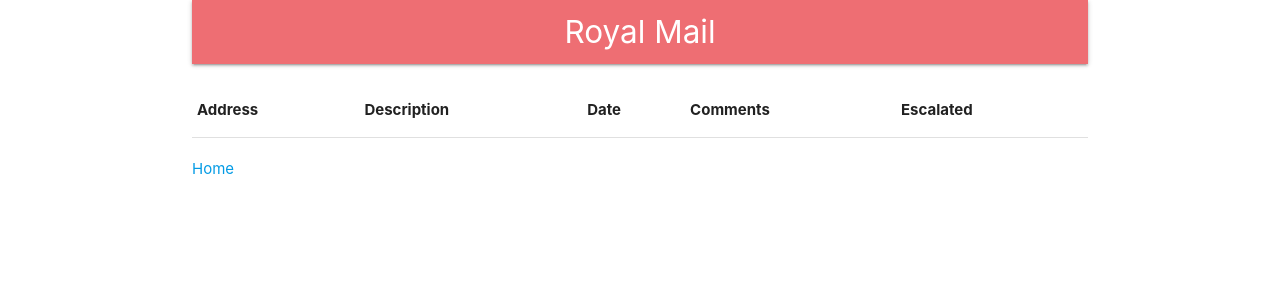
Repository: bandyp/Postal-Reminders
Page: http://localhost/see_route
The author's editor kept a record of every edit. The page is drawn from the files as they stood at one moment, then again after the next edit.
The browser window is 1280 px wide. The pictures show the whole page.
The page is served by the project's application, run on Flask 3 (app.py). Queries for data that is not in the repository find no rows.

Above is the page before.

After the next edit:
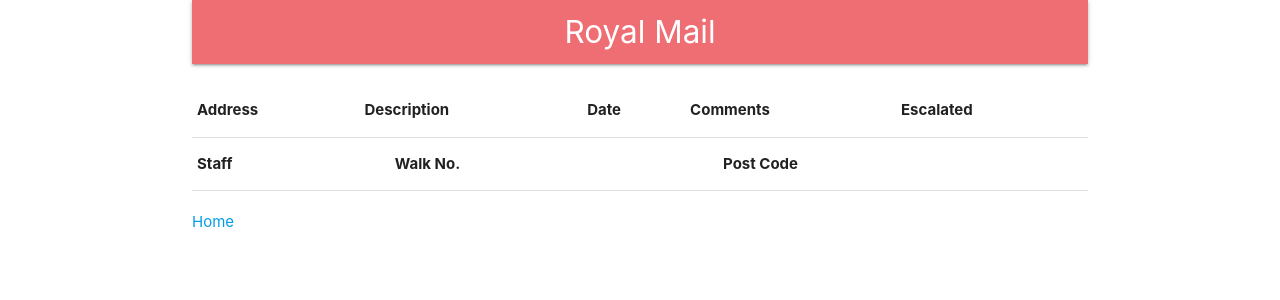
The edit:
--- a/templates/route.html
+++ b/templates/route.html
@@ -46,7 +46,9 @@
     <table>
       <thead>
         <tr>
-
+           <th>Staff</th>
+          <th>Walk No.</th>
+          <th>Post Code</th>
         </tr>
       </thead>
       <tbody>

After the 6 edits that followed:
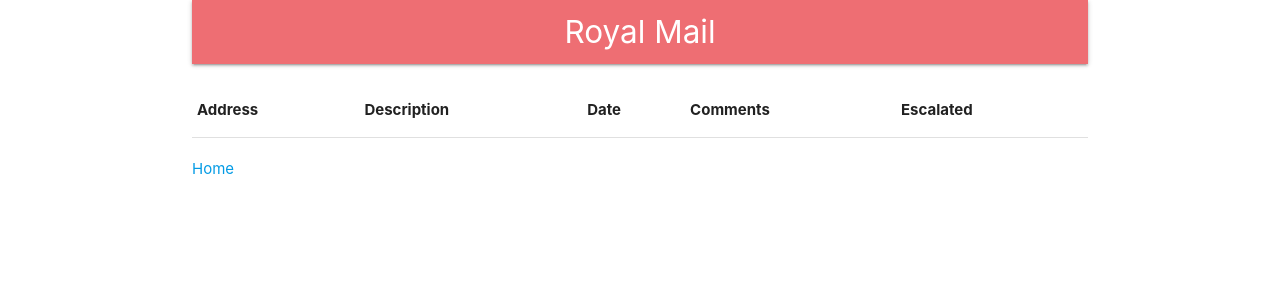
The 6 edits are shown as one change because 2 did not build or start and 3 left the picture as it was.
The edit:
--- a/templates/route.html
+++ b/templates/route.html
@@ -1,5 +1,5 @@
 {% extends 'base.html' %} {% block content %}
-
+{% for login in logins %}{{login.reported_by}}{% endfor %}
 
 
 <div class="row">
@@ -24,12 +24,11 @@
       </thead>
 
       <tbody>
-        {% for login in logins %}
+        {% for incident in incidents %}
         <tr>
           <td>{{login.reported_by}}</td>
           <td>{{login.walk_no}}</td>
           <td>{{login.post_code}}</td>
-          {% endfor %} {% for incident in incidents %}
           <td>{{incident.number}} {{incident.street_name}}</td>
           <td>{{incident.incident_description}}</td>
           <td>{{incident.date_reported}}</td>
@@ -37,30 +36,12 @@
           <td>{{incident.management_aware}}</td>
           <td><a href="{{url_for('edit_incident', incident_id=incident._id)}}" class="waves-effect red waves-light btn">Edit</a></td>
           <td><a href="{{url_for('delete_incident', incident_id=incident._id)}}" class="waves-effect red waves-light btn">Delete</a></td>
-
         </tr>
         {% endfor %}
       </tbody>
     </table>
 
-    <table>
-      <thead>
-        <tr>
-           <th>Staff</th>
-          <th>Walk No.</th>
-          <th>Post Code</th>
-        </tr>
-      </thead>
-      <tbody>
-        {% for login in logins %}
-        <tr>
-          <td>{{login.reported_by}}</td>
-          <td>{{login.walk_no}}</td>
-          <td>{{login.post_code}}</td>
-        </tr>
-        {% endfor %}
-      </tbody>
-    </table>
+
   </div>
 
 </div>
